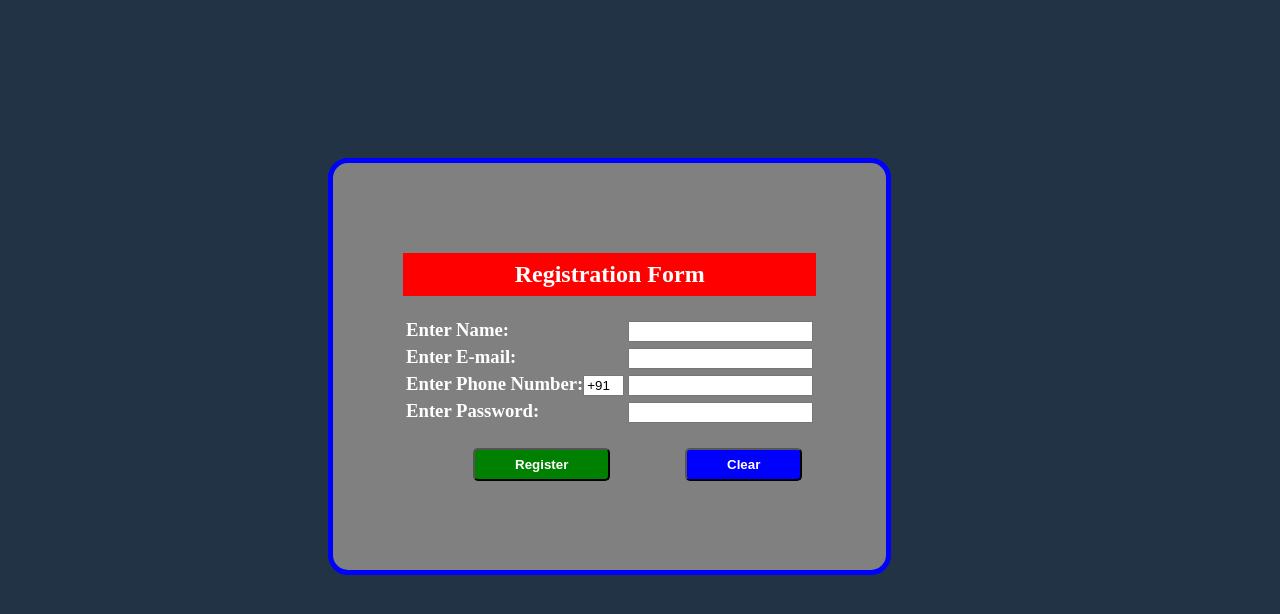
Repository: arindamkundu1091/Advanced_JAVA
Page: JDBC/src/main/webapp/register.html
These files come from the project's save history. The page is drawn as it stood at one moment and after the next save; the edit follows.
The browser window is 1280 px wide. The pictures show the whole page.

Above is the page before, as saved 2023-02-09 10:13:23.

After the next save:
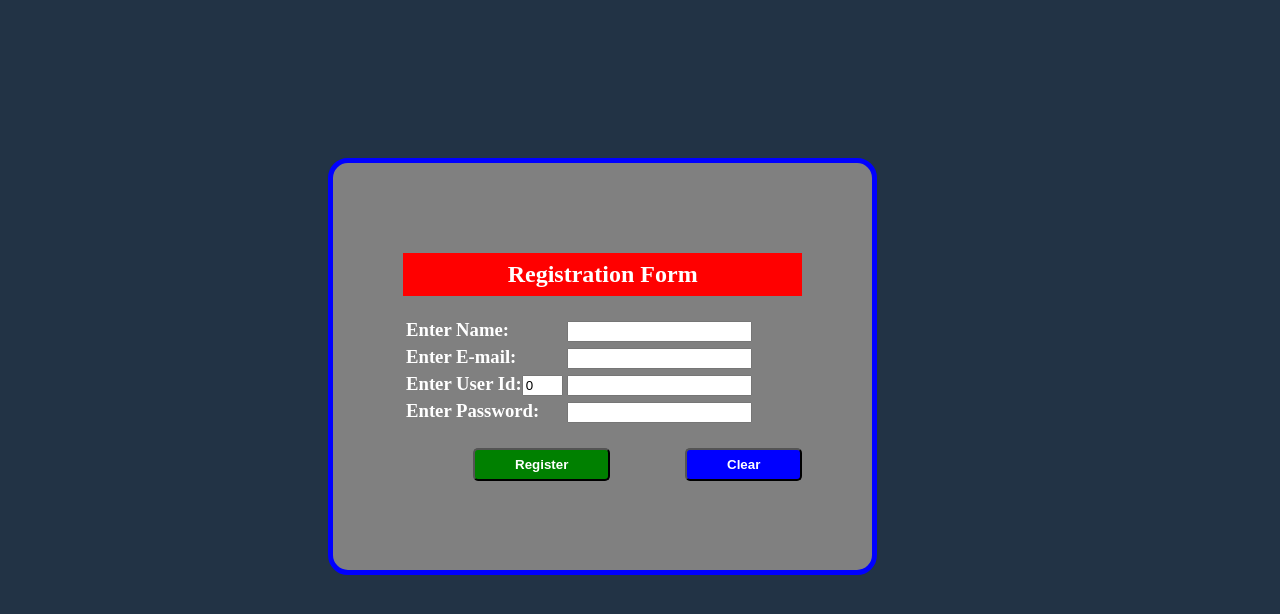
Saved 52 s later.
--- a/JDBC/src/main/webapp/register.html
+++ b/JDBC/src/main/webapp/register.html
@@ -53,8 +53,8 @@
 <th><input type="text" name="uemail"></th>
 </tr>
 <tr>
-<th align="left">Enter Phone Number:<input type="text" value="+91" size="2"></th>
-<th><input type="text" name="uphno"></th>
+<th align="left">Enter User Id:<input type="text" value="0" size="2"></th>
+<th><input type="text" name="uiduser"></th>
 </tr>
 <tr>
 <th align="left">Enter Password:</th>
